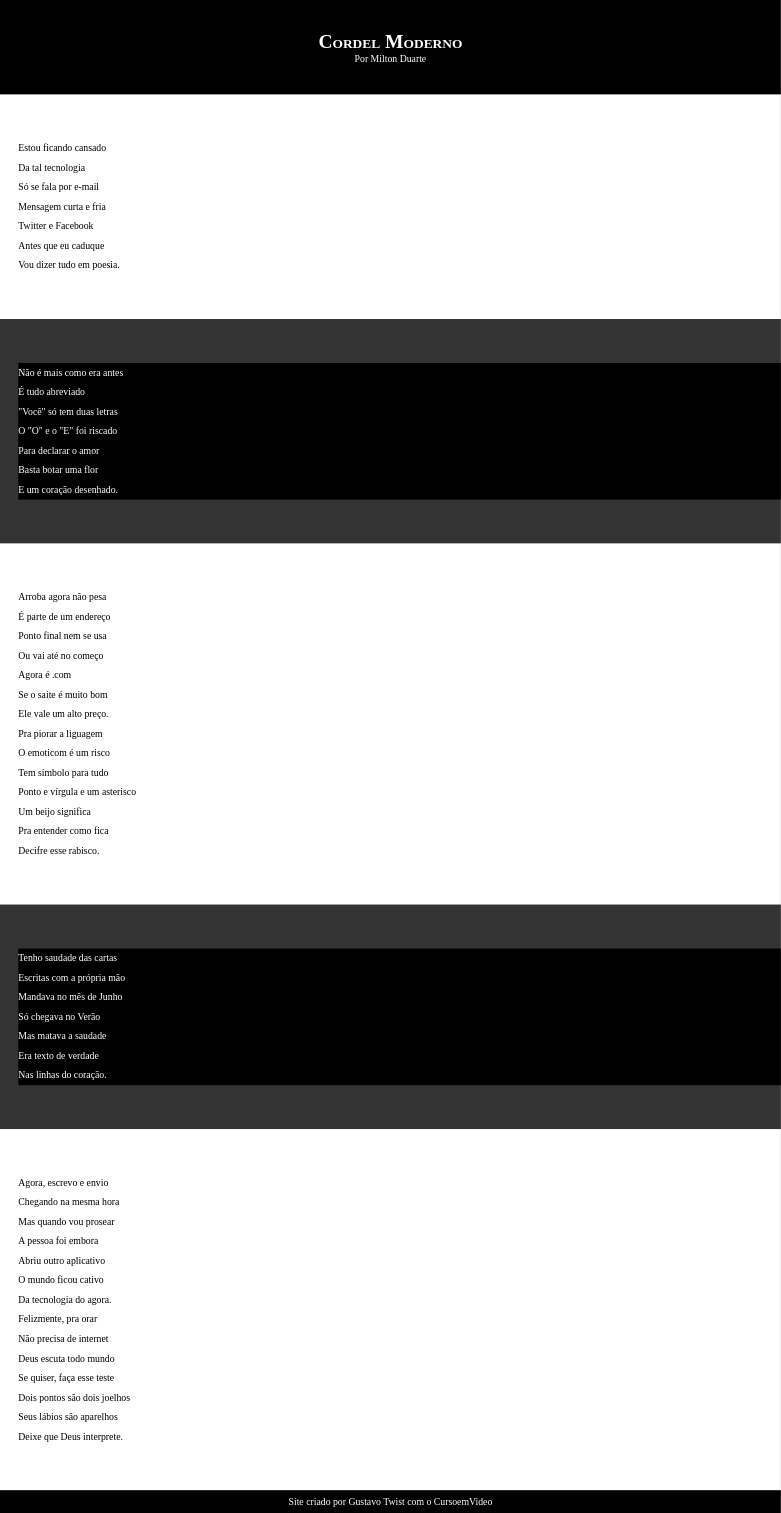
Repository: gustavotwist/projeto-cordel
Page: index.html
The author's editor kept a copy of each file at every save. The page is drawn from the files as they stood at one save, then again after a run of saves.
The browser window is 1280 px wide. The pictures show the whole page, at 61% of full size.

Above is the page before, as saved 2024-04-19 17:23:58.

### index.html
<!DOCTYPE html>
<html lang="pt-br">
<head>
    <meta charset="UTF-8">
    <meta name="viewport" content="width=device-width, initial-scale=1.0">
    <title>Cordel Moderno</title>
    <link rel="stylesheet" href="estilo/style.css">
</head>
<body>
    <header>
        <h1>
            Cordel Moderno
        </h1>
        <p>
            Por <a href="https://www.recantodasletras.com.br/poesias/3186743" target="_blank">Milton Duarte</a>
        </p>
    </header>

    <section class="normal">
        <p>
            Estou ficando cansado <br>
            Da tal tecnologia <br>
            Só se fala por e-mail <br>
            Mensagem curta e fria <br>
            Twitter e Facebook <br>
            Antes que eu caduque <br>
            Vou dizer tudo em poesia.
        </p>
    </section>

    <section class="imagem">
        <p>
            Não é mais como era antes <br>
            É tudo abreviado <br>
            "Você" só tem duas letras <br>
            O "O" e o "E" foi riscado <br>
            Para declarar o amor <br>
            Basta botar uma flor <br>
            E um coração desenhado.
        </p>
    </section>

    <section class="normal">
        <p>
            Arroba agora não pesa <br>
            É parte de um endereço <br>
            Ponto final nem se usa <br>
            Ou vai até no começo <br>
            Agora é .com <br>
            Se o saite é muito bom <br>
            Ele vale um alto preço. <br>
        </p>

        <p>
            Pra piorar a liguagem <br>
            O emoticom é um risco <br>
            Tem símbolo para tudo <br>
            Ponto e vírgula e um asterisco <br>
            Um beijo significa <br>
            Pra entender como fica <br>
            Decifre esse rabisco.
        </p>
    </section>

    <section class="imagem">
        <p>
            Tenho saudade das cartas <br>
            Escritas com a própria mão <br>
            Mandava no mês de Junho <br>
            Só chegava no Verão <br>
            Mas matava a saudade <br>
            Era texto de verdade <br>
            Nas linhas do coração.
        </p>
    </section>

    <section class="normal">
        <p>
            Agora, escrevo e envio <br>
            Chegando na mesma hora <br>
            Mas quando vou prosear <br>
            A pessoa foi embora <br>
            Abriu outro aplicativo <br>
            O mundo ficou cativo <br>
            Da tecnologia do agora.
        </p>


        <p>
            Felizmente, pra orar <br>
            Não precisa de internet <br>
            Deus escuta todo mundo <br>
            Se quiser, faça esse teste <br>
            Dois pontos são dois joelhos <br>
            Seus lábios são aparelhos <br>
            Deixe que Deus interprete.
        </p>
    </section>

    <footer>
        <p>Site criado por <a href="https://github.com/gustavotwist" target="_blank">Gustavo Twist</a> com o <a href="https://www.cursoemvideo.com" target="_blank">CursoemVideo</a></p>
    </footer>
</body>
</html>

### estilo/style.css
@charset "UTF-8";

* {
    margin: 0px;
    padding: 0px;
}

html, body {
    min-height: 100vh;
    background-color: darkgray;
}

header {
    background-color: black;
    color: white;
    text-align: center;
}

header > h1 {
    padding-top: 50px;
    font-variant: small-caps;
}

header > p {
    padding-bottom: 50px;
}

header a, footer a {
    color: white;
    text-decoration: none;
}

header a:hover, footer a:hover {
    text-decoration: underline;
}

section {
    padding-top: 10vh;
    padding-bottom: 10vh;
    line-height: 2em;
    padding-left: 30px;
}

section.normal {
    background-color: white;
    color: black;
}

section.imagem {
    background-color: rgb(51, 51, 51);
    color: white;
}

section.imagem > p {
    width: ;
    background-color: black;

}

footer {
    background-color: black;
    color: white;
    text-align: center;
    padding: 10px;
}

After the next 2 saves:
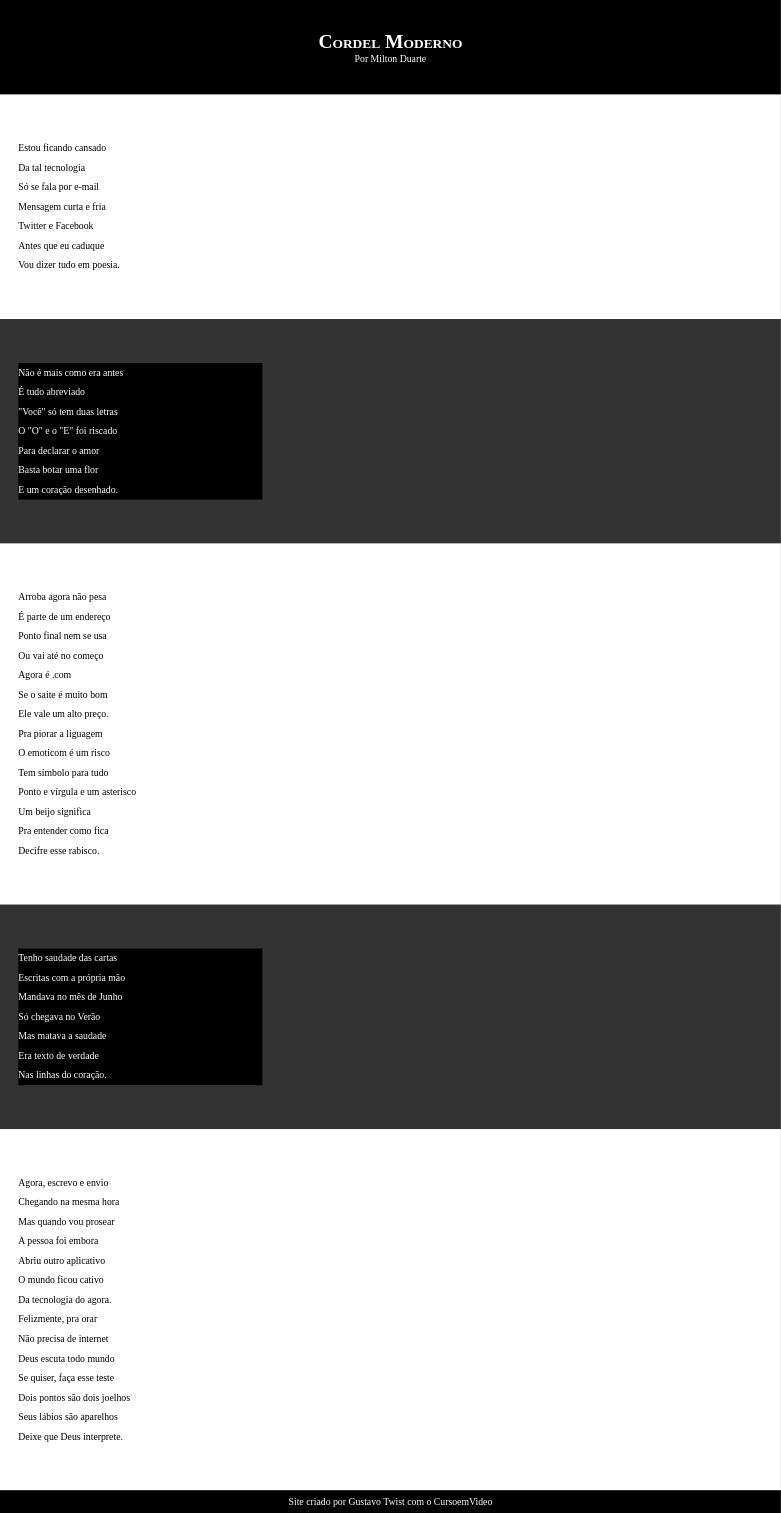
The 2 saves are shown as one change because they came seconds apart.
The last was saved 27 s later.
--- a/estilo/style.css
+++ b/estilo/style.css
@@ -52,7 +52,7 @@ section.imagem {
 }
 
 section.imagem > p {
-    width: ;
+    width: 400px;
     background-color: black;
 
 }
